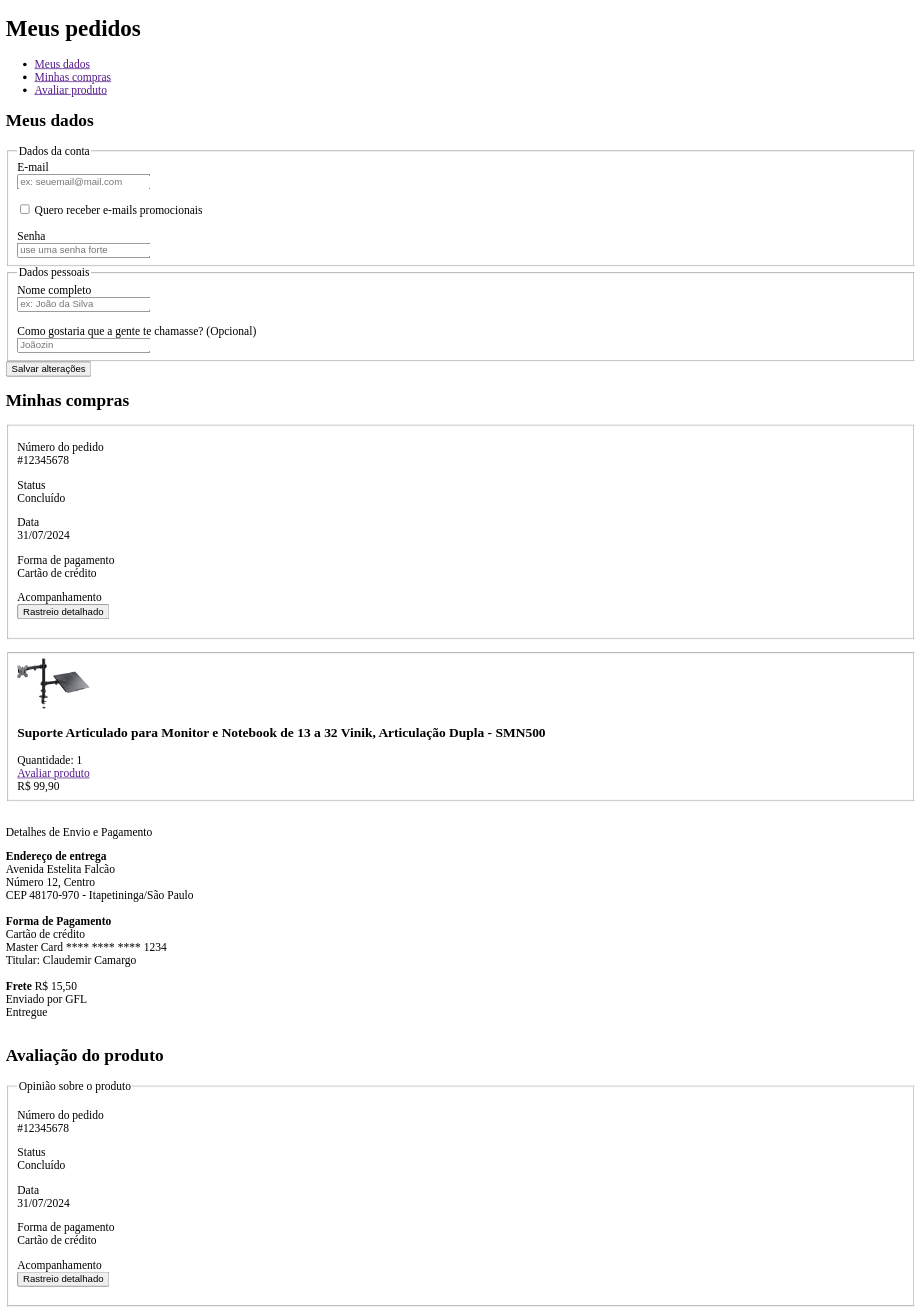
Repository: claudemir-camargo/site-compras
Page: index.html
An editor plug-in stored every save of this project. The page is shown before and after the next save, followed by the edit.
The browser window is 1280 px wide. The pictures show the whole page, at 72% of full size.

Above is the page before, as saved 2024-03-03 22:34:16.

### index.html
<!DOCTYPE html>
<html lang="en">

<head>
    <meta charset="UTF-8">
    <meta name="viewport" content="width=device-width, initial-scale=1.0">
    <link rel="stylesheet" type="text/css" href="css/style.css" />
    <title>Site de Compras</title>
</head>

<body>
    <h1>Meus pedidos</h1>
    <ul>
        <li><a href="">Meus dados</a></li>
        <li><a href="">Minhas compras</a></li>
        <li><a href="">Avaliar produto</a></li>
    </ul>
    <h2>Meus dados</h2>
    <!-- Conta -->
    <fieldset>
        <legend>Dados da conta</legend>
        <form>
            <label>E-mail</label><br>
            <input type="email" id="email" name="email" placeholder="ex: seuemail@mail.com"><br><br>
            <input type="checkbox">
            <label>Quero receber e-mails promocionais</label><br><br>
            <label>Senha</label><br>
            <input type="password" placeholder="use uma senha forte">
        </form>
    </fieldset>
    <!-- Pessoais -->
    <fieldset>
        <legend>Dados pessoais</legend>
        <form>
            <label>Nome completo</label><br>
            <input type="text" placeholder="ex: João da Silva"><br><br>
            <label>Como gostaria que a gente te chamasse? (Opcional) </label><br>
            <input type="text" placeholder="Joãozin">
        </form>
    </fieldset>
    <button type="button">Salvar alterações</button>
    <!-- Minhas compras -->
    <h2>Minhas compras</h2>
    <fieldset>
        <div class="details">
            <p>Número do pedido<br>#12345678</p>
            <p>Status<br>Concluído</p>
            <p>Data<br>31/07/2024</p>
            <p>Forma de pagamento<br>Cartão de crédito</p>
            <p>Acompanhamento<br><button>Rastreio detalhado</button></p>
    </fieldset>
    <!-- Produto -->
    <br>
    <fieldset>
        <img src="img/suporte.jpg" alt="Suporte">
        <h3><p>Suporte Articulado para Monitor e Notebook de 13 a 32 Vinik,
            Articulação Dupla - SMN500</p></h3>
        Quantidade: 1<br>
        <a href="">Avaliar produto</a><br>
        R$ 99,90
    </fieldset>
    <br>
    <p>Detalhes de Envio e Pagamento</p>
    <strong>Endereço de entrega</strong><br>
    Avenida Estelita Falcão<br>
    Número 12, Centro<br>
    CEP 48170-970 - Itapetininga/São Paulo
    <br><br>
    <strong>Forma de Pagamento</strong><br>
    Cartão de crédito<br>
    Master Card **** **** **** 1234<br>
    Titular:  Claudemir Camargo
    <br><br>
    <strong>Frete</strong>
    R$ 15,50<br>
    Enviado por GFL<br>
    Entregue
    <br><br>
    <h2>Avaliação do produto</h2>
    <fieldset>
        <legend>Opinião sobre o produto</legend>
        <div class="details">
            <p>Número do pedido<br>#12345678</p>
            <p>Status<br>Concluído</p>
            <p>Data<br>31/07/2024</p>
            <p>Forma de pagamento<br>Cartão de crédito</p>
            <p>Acompanhamento<br><button>Rastreio detalhado</button></p>
    </fieldset>



</body>

</html>

### css/style.css
img {
    height: 70px;
    width: 100px;
}

After the next save:
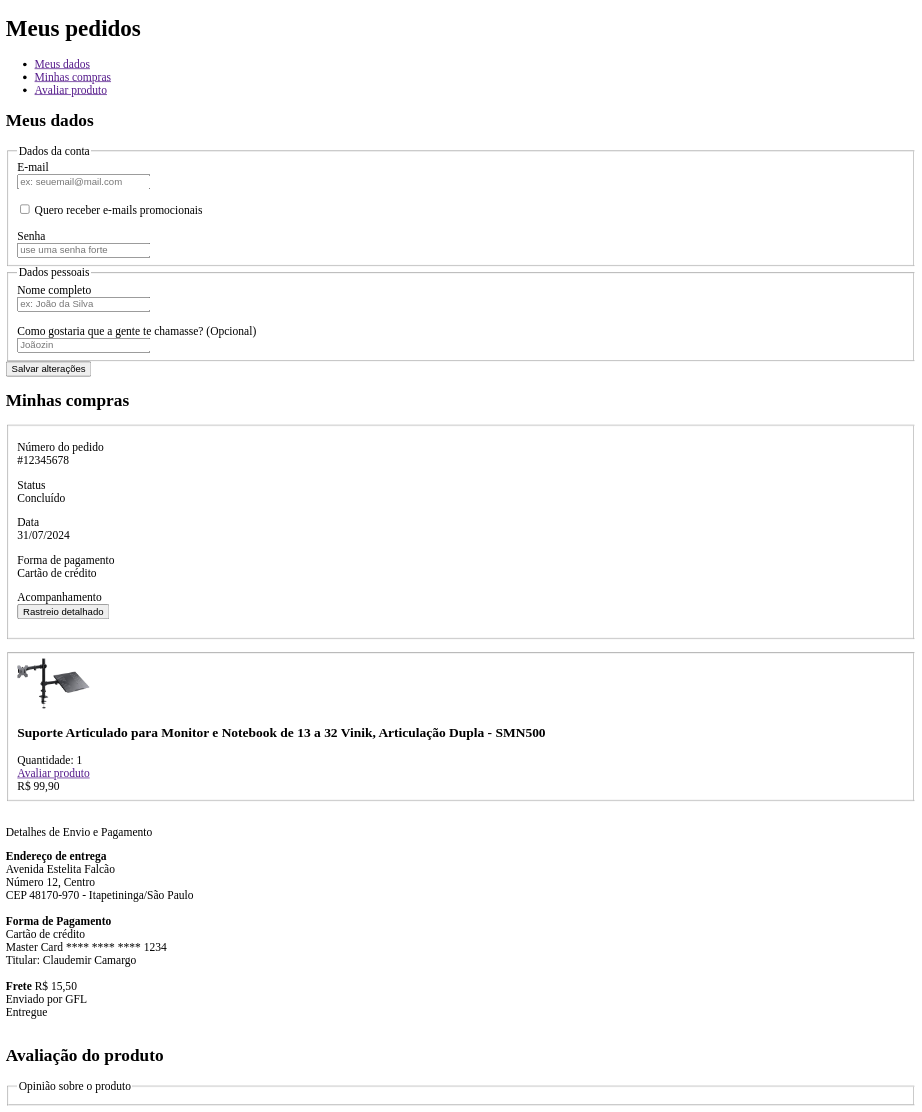
Saved 30 s later.
--- a/index.html
+++ b/index.html
@@ -79,12 +79,7 @@
     <h2>Avaliação do produto</h2>
     <fieldset>
         <legend>Opinião sobre o produto</legend>
-        <div class="details">
-            <p>Número do pedido<br>#12345678</p>
-            <p>Status<br>Concluído</p>
-            <p>Data<br>31/07/2024</p>
-            <p>Forma de pagamento<br>Cartão de crédito</p>
-            <p>Acompanhamento<br><button>Rastreio detalhado</button></p>
+
     </fieldset>
 
 
